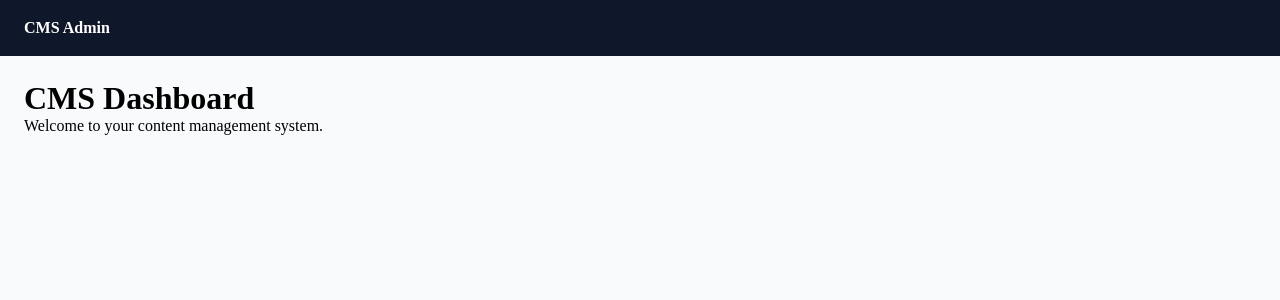
Repository: rajendratamang/react-dashboard
Page: /posts
The author's editor kept a copy of each file at every save. The page is drawn from the files as they stood at one save, then again after the next save.
The browser window is 1280 px wide. The pictures show the whole page.
The project was rebuilt for these pictures with package versions that can differ from the ones it lists, and the page was loaded fresh each time. Also part of the build but not shown: vite.config.ts.

Above is the page before, as saved 2026-01-16 20:16:38.

### src/App.tsx
import MainLayout from "./layouts/MainLayout";
import Dashboard from "./pages/Dashboard";

function App() {
  return (
    <MainLayout>
      <Dashboard />
    </MainLayout>
  );
}

export default App;

### src/index.css
* {
  margin: 0;
  padding: 0;
  box-sizing: border-box;
}

html, body, #root {
  height: 100%;
  width: 100%;
}

### src/layouts/MainLayout.tsx
import { ReactNode } from "react";

type MainLayoutProps = {
  children: ReactNode;
};

export default function MainLayout({ children }: MainLayoutProps) {
  return (
    <div
      style={{
        height: "100%",
        width: "100%",
        display: "flex",
        flexDirection: "column"
      }}
    >
      <header
        style={{
          height: "56px",
          width: "100%",
          backgroundColor: "#0f172a",
          color: "#ffffff",
          display: "flex",
          alignItems: "center",
          paddingLeft: "24px",
          fontWeight: 600
        }}
      >
        CMS Admin
      </header>

      <div
        style={{
          flex: 1,
          width: "100%",
          backgroundColor: "#f8fafc",
          overflow: "auto"
        }}
      >
        {children}
      </div>
    </div>
  );
}

### src/pages/Dashboard.tsx
export default function Dashboard() {
  return (
    <div style={{ padding: "24px" }}>
      <h1>CMS Dashboard</h1>
      <p>Welcome to your content management system.</p>
    </div>
  );
}

Loaded but not shown: index.html (common file); src/main.tsx (common file)

After the next save:
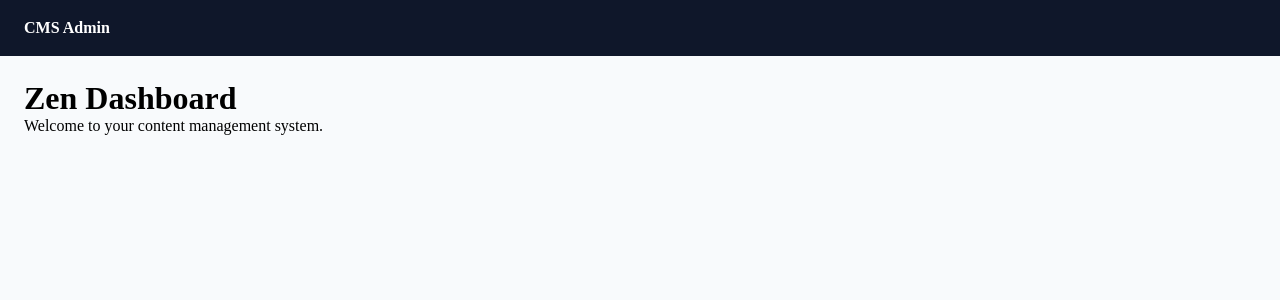
Saved 30 s later.
--- a/src/pages/Dashboard.tsx
+++ b/src/pages/Dashboard.tsx
@@ -1,7 +1,7 @@
 export default function Dashboard() {
   return (
     <div style={{ padding: "24px" }}>
-      <h1>CMS Dashboard</h1>
+      <h1>Zen Dashboard</h1>
       <p>Welcome to your content management system.</p>
     </div>
   );
